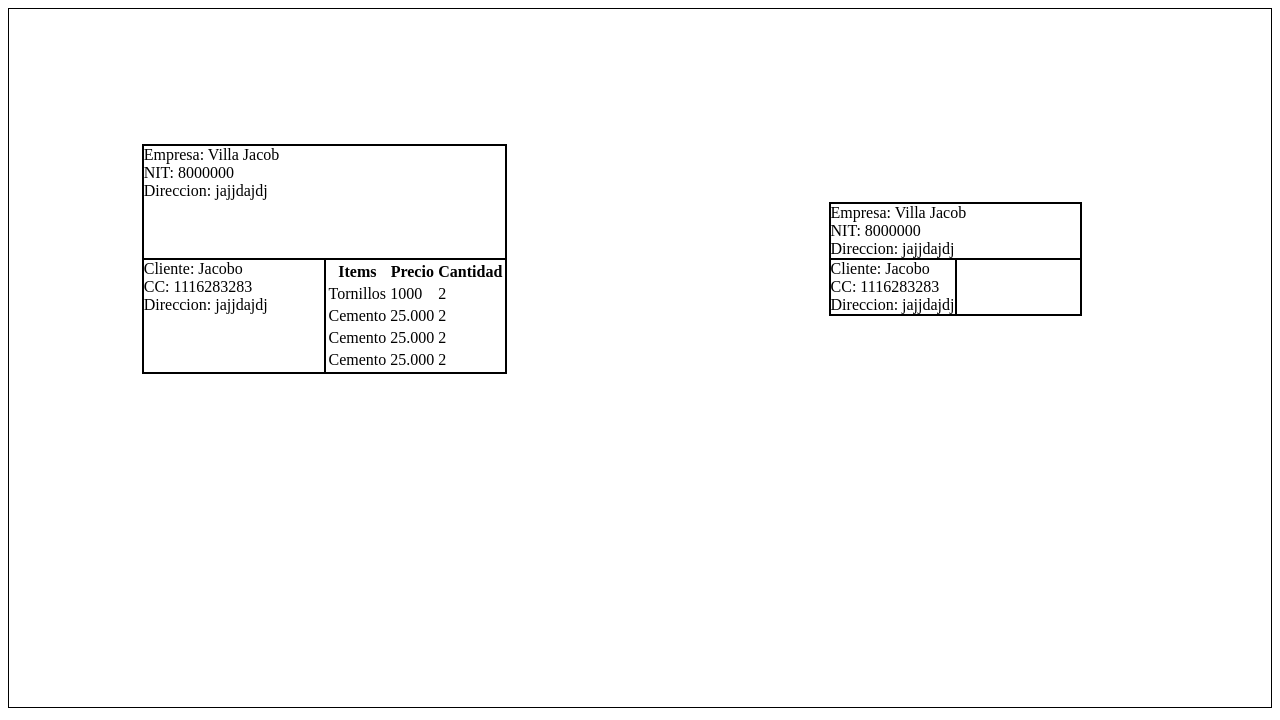
Repository: MrVanQish/FacturaEstructura
Page: index.html
The author's editor kept a copy of each file at every save. The page is drawn from the files as they stood at one save, then again after a run of saves.
The browser window is 1280 px wide. The pictures show the whole page.

Above is the page before, as saved 2021-09-29 09:55:43.

After the next 2 saves:
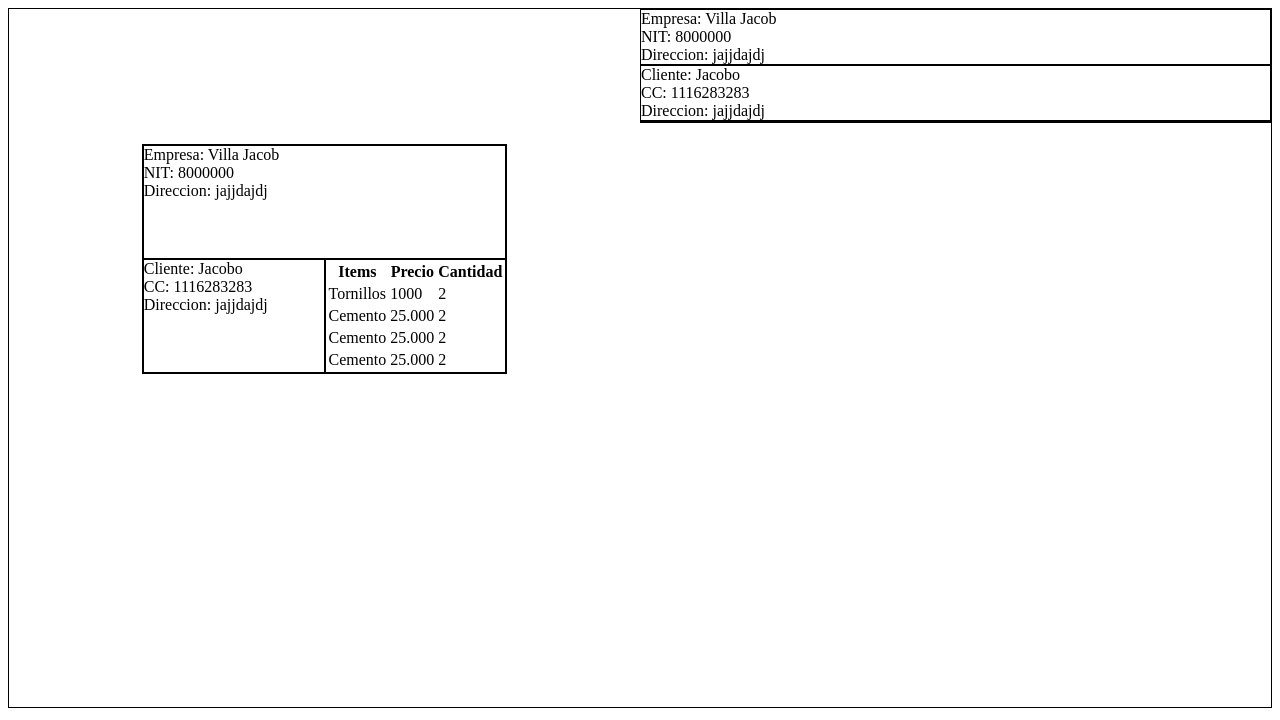
The 2 saves are shown as one change because they came seconds apart.
The last was saved 4 min 43 s later.
--- a/styles.css
+++ b/styles.css
@@ -26,21 +26,6 @@
       "infoCliente-f items-f" ;
   }
 
-  .factura2 {
-    display: grid;
-    grid-area: f2;
-    align-self: center;
-    border: 1px solid #000;
-    justify-self: center;
-    grid-template-columns: 1fr 1fr;
-    grid-template-rows: 1fr 1fr;
-    grid-template-areas:
-      "infoEmpresa-f infoEmpresa-f"
-      "infoCliente-f items-f" ;
-  }
-
-
-
 
 .infoEmpresa-f{
 
